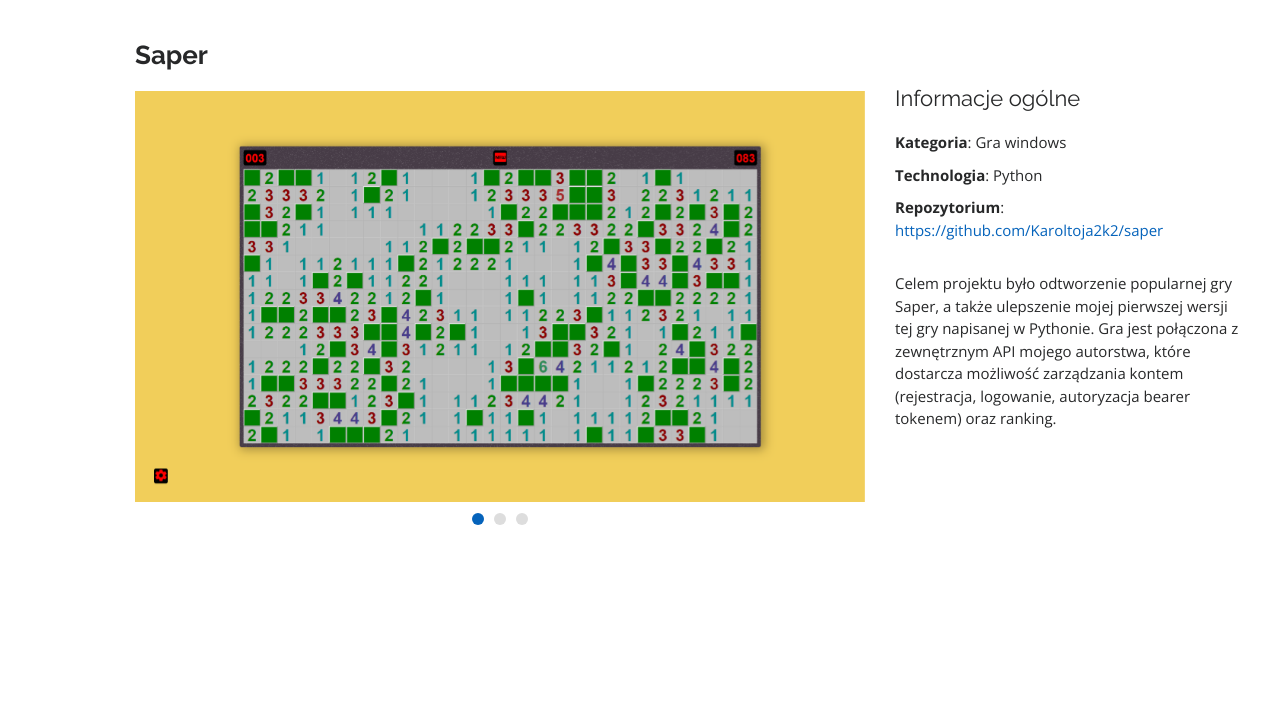
Repository: Karoltoja2k2/MyResume
Page: saperpython-details.html
The author's editor kept a copy of each file at every save. The page is drawn from the files as they stood at one save, then again after a run of saves.
The browser window is 1280 px wide. The pictures show the whole page.

Above is the page before, as saved 2020-06-21 16:02:26.

After the next 4 saves:
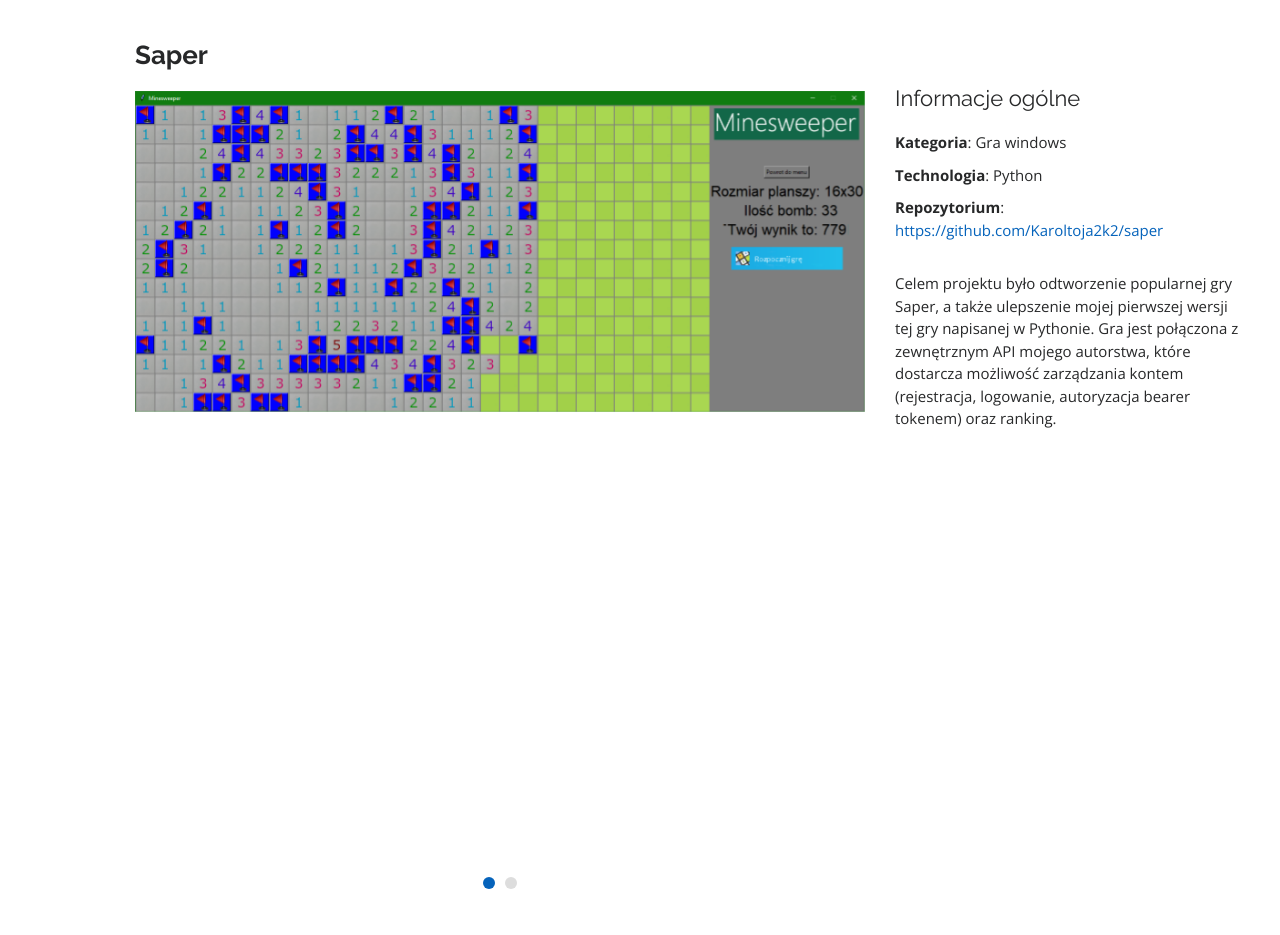
The 4 saves are shown as one change because they came seconds apart.
The last was saved 11 s later.
--- a/saperpython-details.html
+++ b/saperpython-details.html
@@ -50,9 +50,8 @@
           <div class="col-lg-8">
             <h2 class="portfolio-title">Saper</h2>
             <div class="owl-carousel portfolio-details-carousel">
-              <img src="assets/img/portfolio/saperweb1.png" class="img-fluid" alt="">
-              <img src="assets/img/portfolio/saperweb2.png" class="img-fluid" alt="">
-              <img src="assets/img/portfolio/saperweb3.png" class="img-fluid" alt="">
+              <img src="assets/img/portfolio/saperpy1.png" class="img-fluid" alt="">
+              <img src="assets/img/portfolio/saperpy2.png" class="img-fluid" alt="">
             </div>
           </div>
           <div class="col-lg-4 portfolio-info">
